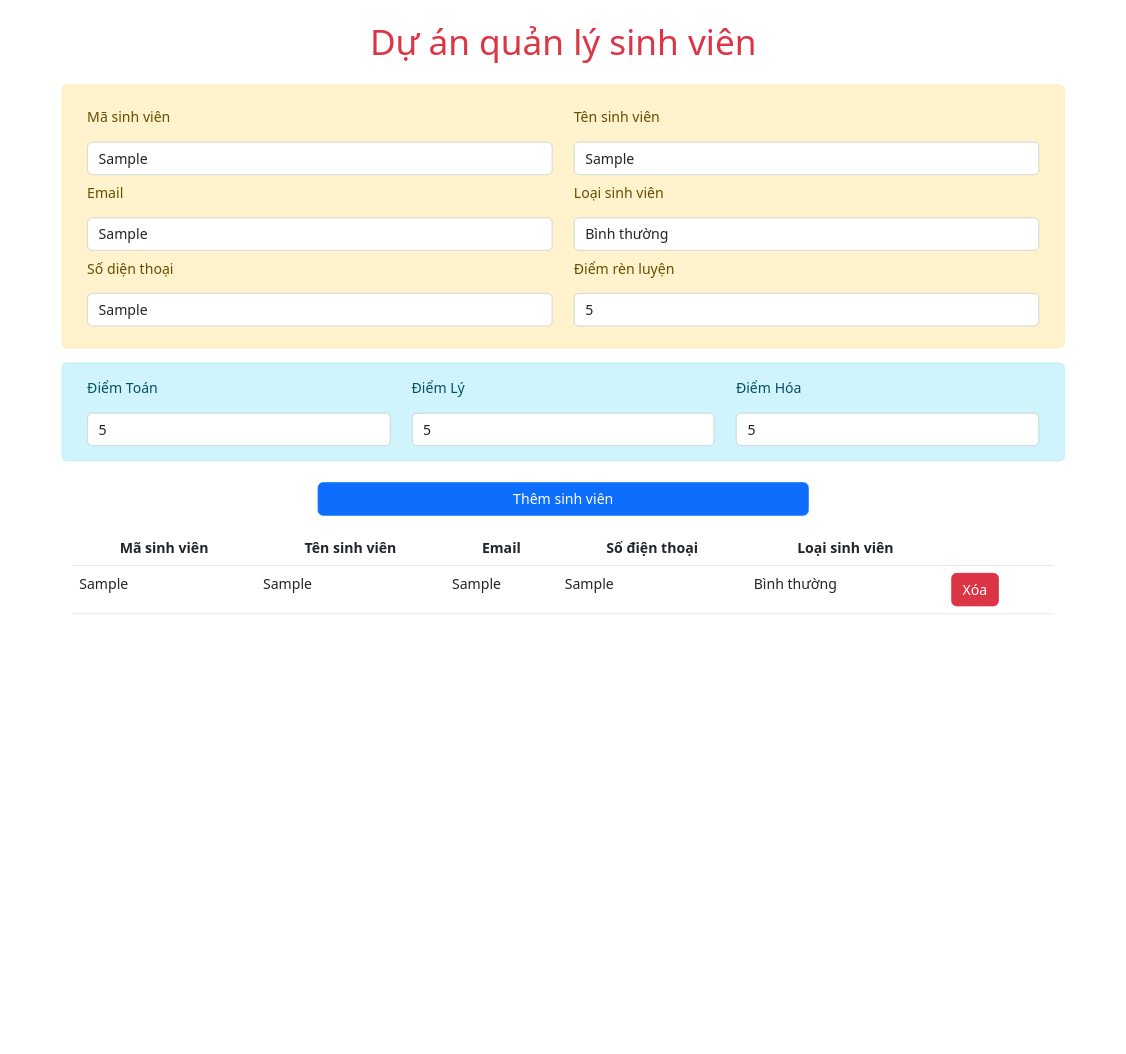
Repository: hcozyph/Cybersoft_JS_OOP
Page: index.html
The author's editor kept a copy of each file at every save. The page is drawn from the files as they stood at one save, then again after the next save.
The browser window is 1280 px wide. The pictures show the whole page, at 88% of full size.
Empty fields were first filled with sample values (such as "Sample", 5 or name@example.com).
After loading, the first visible `#btnThemSinhVien` was clicked once.

Above is the page before, as saved 2023-02-26 11:14:47.

### index.html
<!DOCTYPE html>
<html lang="en">
    <head>
        <title>Quản lý sinh viên</title>
        <!-- Required meta tags -->
        <meta charset="utf-8" />
        <meta
            name="viewport"
            content="width=device-width, initial-scale=1, shrink-to-fit=no"
        />

        <!-- Bootstrap CSS v5.2.1 -->
        <link
            href="https://cdn.jsdelivr.net/npm/bootstrap@5.2.1/dist/css/bootstrap.min.css"
            rel="stylesheet"
            integrity="sha384-iYQeCzEYFbKjA/T2uDLTpkwGzCiq6soy8tYaI1GyVh/UjpbCx/TYkiZhlZB6+fzT"
            crossorigin="anonymous"
        />

        <!-- index.css -->
        <link rel="stylesheet" href="./assets/styles/index.css" />
    </head>

    <body>
        <div class="container" style="margin-bottom: 500px">
            <div class="title">
                <h3 class="text-center fs-1 text-danger my-4">
                    Dự án quản lý sinh viên
                </h3>
            </div>

            <div class="content">
                <div class="row alert alert-warning">
                    <div class="col-md-6 col-lg-6">
                        <div class="form-group my-2">
                            <p>Mã sinh viên</p>
                            <input class="form-control" id="maSinhVien"></input>
                        </div>

                        <div class="form-group my-2">
                            <p>Email</p>
                            <input class="form-control" id="email"></input>
                        </div>

                        <div class="form-group my-2">
                            <p>Số diện thoại</p>
                            <input class="form-control" id="soDienThoai"></input>
                        </div>
                    </div>

                    <div class="col-md-6 col-lg-6">
                        <div class="form-group my-2">
                            <p>Tên sinh viên</p>
                            <input class="form-control" id="tenSinhVien"></input>
                        </div>

                        <div class="form-group my-2">
                            <p>Loại sinh viên</p>
                            <select class="form-control" id="loaiSinhVien">
                                <option value="Bình thường">Bình thường</option>
                                <option value="Khó khăn">Khó khăn</option>
                            </select>
                        </div>

                        <div class="form-group my-2">
                            <p>Điểm rèn luyện</p>
                            <input type="number" class="form-control" id="diemRenLuyen">
                        </div>
                    </div>
                </div>

                <div class="alert alert-info row mt-2">
                    <div class="col-md-4">
                        <p>Điểm Toán</p>
                        <input type="number" id="diemToan" class="form-control" >
                    </div>
                    <div class="col-md-4">
                        <p>Điểm Lý</p>
                        <input type="number" id="diemLy" class="form-control" >
                    </div>
                    <div class="col-md-4">
                        <p>Điểm Hóa</p>
                        <input type="number" id="diemHoa" class="form-control" >
                    </div>
                </div>

                <div class="my-2 text-center">
                    <button class="btn btn-primary my-2 w-50 w-lg-25" id="btnThemSinhVien">Thêm sinh viên</button>
                </div>

                <table class="table mt-2">
                    <thead>
                        <tr style="    vertical-align: baseline; text-align: center;">
                            <th>Mã sinh viên</th>
                            <th>Tên sinh viên</th>
                            <th>Email</th>
                            <th>Số điện thoại</th>
                            <th>Loại sinh viên</th>
                            <th></th>
                        </tr>
                    </thead>

                    <tbody id="tblSinhVien">
                        <!-- <td>
                            <tr></tr>
                            <tr></tr>
                        </td> -->
                    </tbody>
                </table>

            </div>
        </div>

        <!-- Bootstrap JavaScript Libraries -->
        <script
            src="https://cdn.jsdelivr.net/npm/@popperjs/core@2.11.6/dist/umd/popper.min.js"
            integrity="sha384-oBqDVmMz9ATKxIep9tiCxS/Z9fNfEXiDAYTujMAeBAsjFuCZSmKbSSUnQlmh/jp3"
            crossorigin="anonymous"
        ></script>

        <script
            src="https://cdn.jsdelivr.net/npm/bootstrap@5.2.1/dist/js/bootstrap.min.js"
            integrity="sha384-7VPbUDkoPSGFnVtYi0QogXtr74QeVeeIs99Qfg5YCF+TidwNdjvaKZX19NZ/e6oz"
            crossorigin="anonymous"
        ></script>

        <!-- models -->
        <script src="./models/SinhVien.js"></script>

        <!-- controller js -->
        <script src="./controllers/js/index.js"></script>
    </body>
</html>

### models/SinhVien.js
///--Đặt tên file -- Chữ cái đầu tiên VIẾT HOA

//---Định nghĩa prototype SinhVien

function SinhVien() {
    //input: sv: SinhVien
    this.maSinhVien = '';
    this.email = '';
    this.soDienThoai = '';
    this.tenSinhVien = '';
    this.loaiSinhVien = '';
    this.diemRenLuyen = '';

    this.diemToan = '';
    this.diemLy = '';
    this.diemHoa = '';


}

### controllers/js/index.js
////----MÔ HÌNH MVC
/*
    M [model]       -- nơi chứa các file js là prototype (class)
    V [view]        -- nơi chứa các file giao diện (.html)
    C [controller]  -- các file điều hướng giao diện (index.html => index.js, qlsp.html => qlsp.js)

    ---------------------------------------------------

    util    -- chứa các file dùng chung cho dự án (ví dụ: các method sử dụng ở các dự án trước, hoặc libs [thư viện js] )
    assets  -- là folder chứa tài nguyên của hệ thống (img, audio, viddeo, css, font,...)

*/

function getEle(n) {
    return document.getElementById(n);
}

function querySelector(n) {
    return document.querySelector(n);
}
////////////////////

var mangSinhVien = [];

getEle('btnThemSinhVien').onclick = function () {
    //input: sinhVien: SinhVien
    var sv = new SinhVien();
    console.log(sv);

    sv.maSinhVien = querySelector('#maSinhVien').value;
    sv.tenSinhVien = querySelector('#tenSinhVien').value;
    sv.email = querySelector('#email').value;
    sv.soDienThoai = querySelector('#soDienThoai').value;

    sv.loaiSinhVien = querySelector('#loaiSinhVien').value;
    sv.diemRenLuyen = querySelector('#diemRenLuyen').value;

    sv.diemToan = querySelector('#diemToan').value;
    sv.diemLy = querySelector('#diemLy').value;
    sv.diemHoa = querySelector('#diemHoa').value;

    //output:
    //Mỗi lần click thêm sinh viên => thêm vào mảng 1 object
    mangSinhVien.push(sv);
    console.log('mảng sinh viên', mangSinhVien);

    //Từ mảng tạo ra giao diện
    renderTableSinhVien(mangSinhVien);

}

/////////---------CÁCH 2 : LẬP TRÌNH HƯỚNG ĐỐI TƯỢNG----------//////
function renderTableSinhVien (arrSinhVien) {
    //input là mangSinhVien = [{maSinhVien:1,tenSinhViwn:'A'},{maSinhVien:2,tenSinhViwn:'B'},]
    var htmlString = '';

    for ( var index = 0; index < arrSinhVien.length; index++) {
        var sv = arrSinhVien[index];
        htmlString += `
            <tr>
                <td>${sv.maSinhVien}</td>
                <td>${sv.tenSinhVien}</td>
                <td>${sv.email}</td>
                <td>${sv.soDienThoai}</td>
                <td>${sv.loaiSinhVien}</td>
                <td>
                <button class="btn btn-danger" onclick="xoaSinhVien(${index})">Xóa</button>
                </td>
            </tr>
        `
    }

    document.querySelector('tbody').innerHTML = htmlString;
    return htmlString; ///'<tr>....</tr>'
}

//mangSinhVien.splice(index,1)
function xoaSinhVien(index) {
    // alert(indexDel,1);
    ///Xử lý xóa object sinh viên trên mảng dauwj vào index
    mangSinhVien.splice(index,1);
    //Gọi hàm tạo lại table sinh viên
    renderTableSinhVien(mangSinhVien);
}
//////--END-------CÁCH 2 : LẬP TRÌNH HƯỚNG ĐỐI TƯỢNG---///////




    /*
        /////////---------CÁCH 2 : LẬP TRÌNH HƯỚNG ĐỐI TƯỢNG----------/////
    var htmlString = `
        <tr>
            <td>${sv.maSinhVien}</td>
            <td>${sv.tenSinhVien}</td>
            <td>${sv.email}</td>
            <td>${sv.soDienThoai}</td>
            <td>${sv.loaiSinhVien}</td>
            <td>
                <button class="btn btn-danger">Xóa</button>
            </td>
        </tr>
    `;

    querySelector('tbody').innerHTML += htmlString;
    */



    /////////---------CÁCH 1 : LẬP TRÌNH HƯỚNG GIAO DIỆN----------/////
    // //--Step 1: tạo thẻ tr
    // var tr = document.createElement('tr');

    // //--Step 2: tạo ra các thẻ td từ sv (thông tin sinh viên)
    // var tdMaSv = document.createElement('td');
    // tdMaSv.innerHTML = sv.maSinhVien;
    // var tdTenSinhVien = document.createElement('td');
    // tdTenSinhVien.innerHTML = sv.tenSinhVien;
    // var tdEmail = document.createElement('td');
    // tdEmail.innerHTML = sv.email;


    // var tdLoaiSinhVien = document.createElement('td');
    // tdLoaiSinhVien.innerHTML = sv.loaiSinhVien;
    // var tdSoDienThoai = document.createElement('td');
    // tdSoDienThoai.innerHTML = sv.soDienThoai;
    // var tdDiemRenLuyen = document.createElement('td');
    // tdDiemRenLuyen.innerHTML = sv.diemRenLuyen;


    // var tdDiemToan = document.createElement('td');
    // tdDiemToan.innerHTML = sv.diemToan;
    // var tdDiemLy = document.createElement('td');
    // tdDiemLy.innerHTML = sv.diemLy;
    // var tdDiemHoa = document.createElement('td');
    // tdDiemHoa.innerHTML = sv.diemHoa;

    // /////------btnXoa
    // var btnXoa = document.createElement('button');
    // btnXoa.className = 'btn btn-danger';
    // btnXoa.innerHTML = 'Xóa';
    // btnXoa.onclick = function () {
    //     //Xóa đi thẻ tr chứa nút này
    //     //parentElement: node(thẻ) cha của thẻ đó

    //     //----remove(): xóa thẻ
    //     // btnXoa.parentElement.parentElement.remove();----

    //     //closest(selector): truy xuất đến selector gần nhất
    //     btnXoa.closest('tr').remove();
    // }

    // var tdChucNang = document.createElement('td');
    // tdChucNang.appendChild(btnXoa);
    // /////End------btnXoa


    // //----ĐƯA CÁC THẺ TD VÀO TR
    // tr.appendChild(tdMaSv);
    // tr.appendChild(tdTenSinhVien);
    // tr.appendChild(tdEmail);

    // tr.appendChild(tdSoDienThoai);
    // tr.appendChild(tdLoaiSinhVien);
    // // tr.appendChild(tdDiemRenLuyen);

    // // tr.appendChild(tdDiemToan);
    // // tr.appendChild(tdDiemLy);
    // // tr.appendChild(tdDiemHoa);

    // tr.appendChild(tdChucNang);

    // //Đưa thẻ tr lên giao diện
    // querySelector('tbody').appendChild(tr);

Loaded but not shown: assets/styles/index.css (no stored copy; drawn as an empty file)

After the next save:
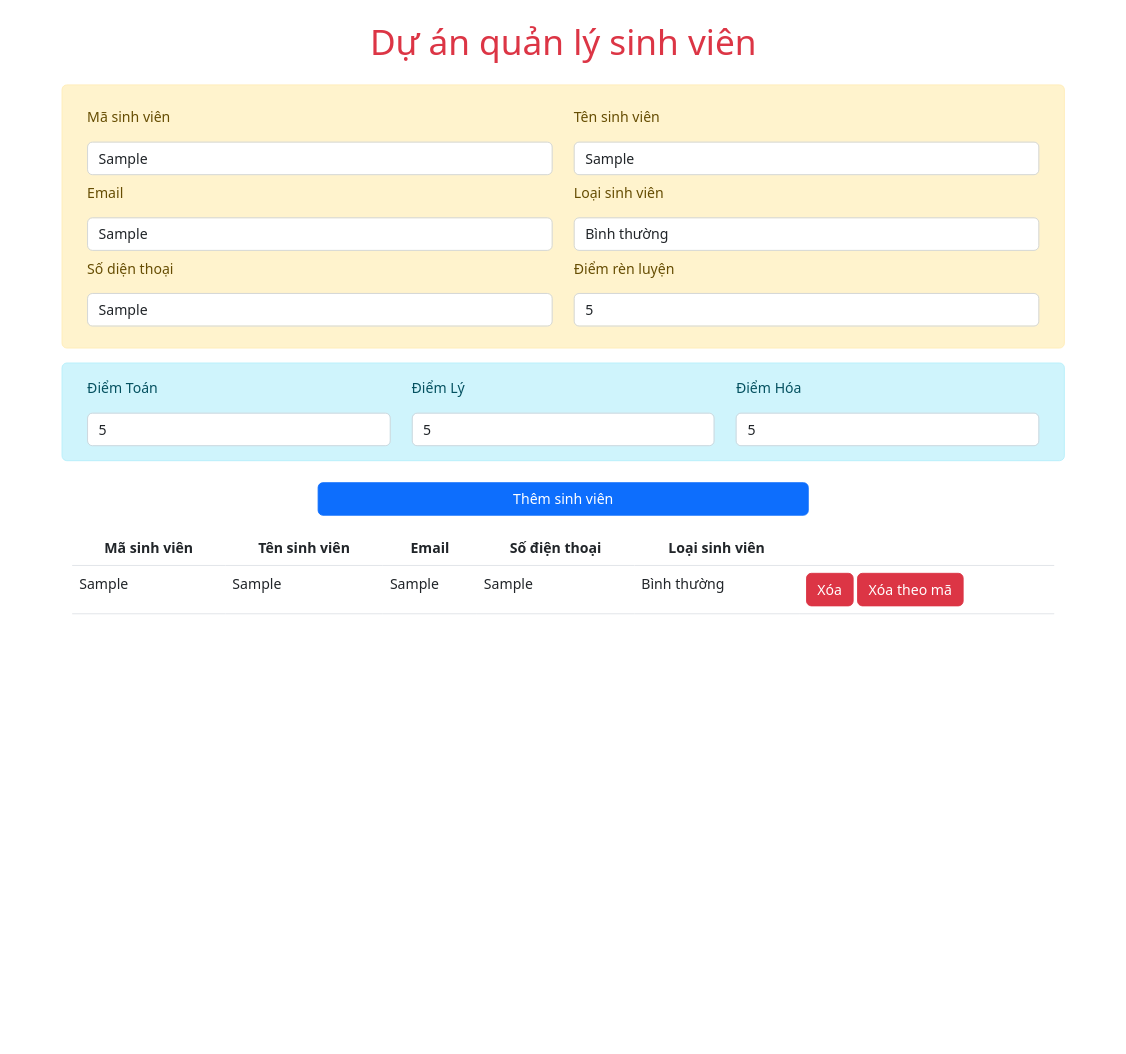
Saved 2 min 42 s later.
--- a/controllers/js/index.js
+++ b/controllers/js/index.js
@@ -65,6 +65,8 @@ function renderTableSinhVien (arrSinhVien) {
                 <td>${sv.loaiSinhVien}</td>
                 <td>
                 <button class="btn btn-danger" onclick="xoaSinhVien(${index})">Xóa</button>
+
+                <button class="btn btn-danger" onclick="xoaSinhVienTheoMa(${sv.maSinhVien})">Xóa theo mã</button>
                 </td>
             </tr>
         `
@@ -81,6 +83,10 @@ function xoaSinhVien(index) {
     mangSinhVien.splice(index,1);
     //Gọi hàm tạo lại table sinh viên
     renderTableSinhVien(mangSinhVien);
+}
+
+function xoaSinhVienTheoMa(maSVClick) {
+    alert(maSVClick);
 }
 //////--END-------CÁCH 2 : LẬP TRÌNH HƯỚNG ĐỐI TƯỢNG---///////
 
